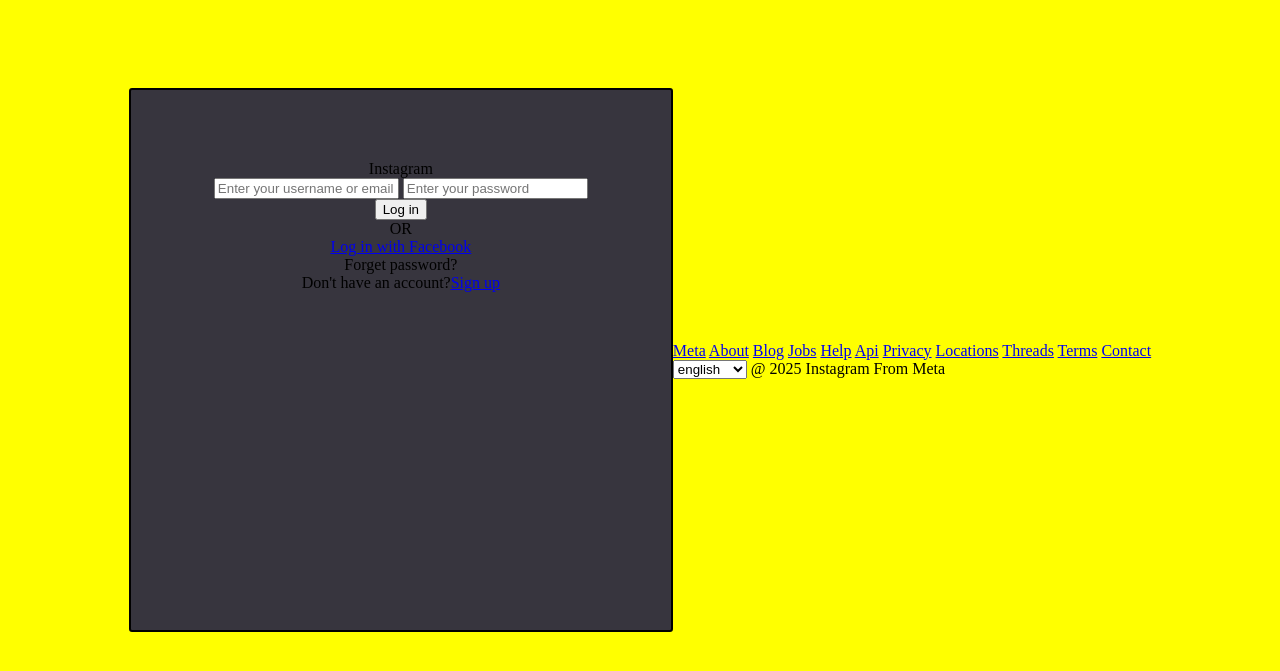
Repository: sristigupta04/basic-js-project
Page: index.html
An editor plug-in stored every save of this project. The page is shown before and after the next save, followed by the edit.
The browser window is 1280 px wide. The pictures show the whole page.

Above is the page before, as saved 2025-10-24 13:33:27.

After the next save:
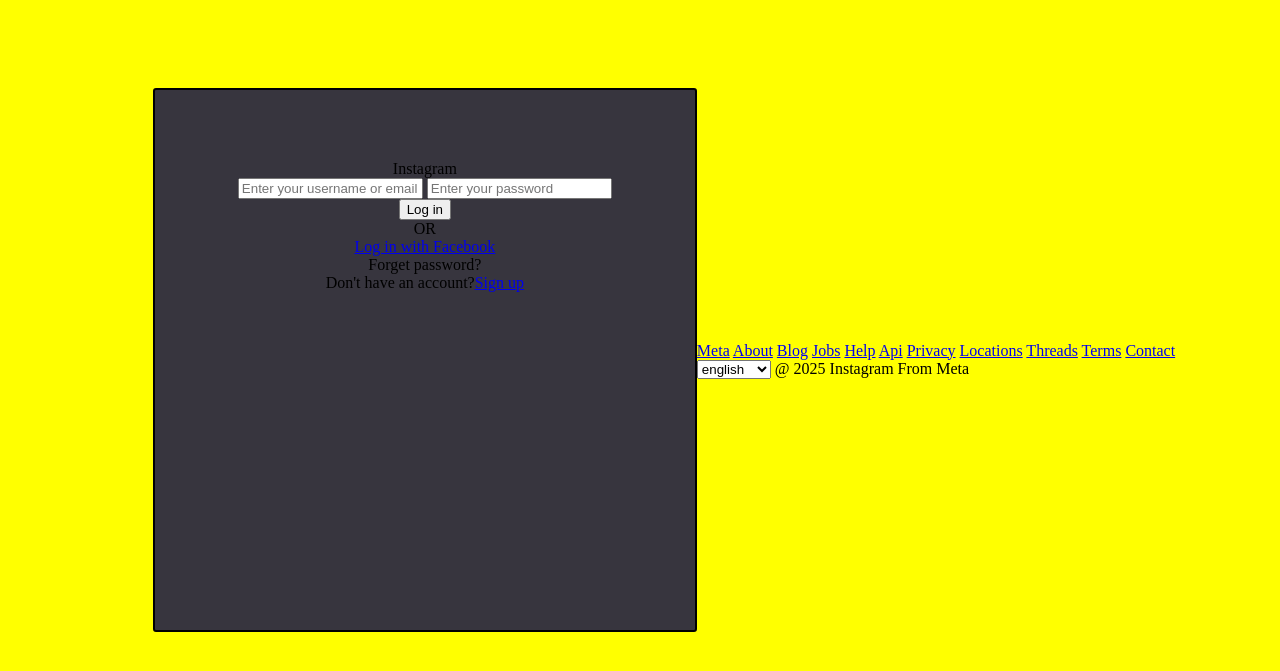
Saved 10 s later.
--- a/index.css
+++ b/index.css
@@ -3,7 +3,7 @@ body{
     justify-content:  center;
     align-items: center;
     height: 100vh;
-    /* padding-left:10rem; */
+    padding-left:3rem;
     background-color:yellow;
     margin:0;
 }
